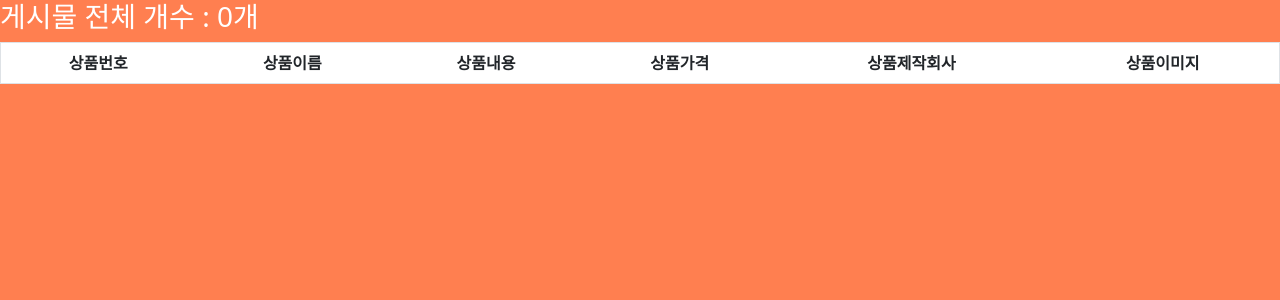
Repository: Hugh-KR/JSP_Project
Page: http://localhost/JSP_Project/product_all.jsp
An editor plug-in stored every save of this project. The page is shown before and after the next save, followed by the edit.
The browser window is 1280 px wide. The pictures show the whole page.
The page is served by Tomcat 9. Other server files are loaded and not shown. Queries for data that is not in the repository find no rows.

Above is the page before, as saved 2022-11-08 07:22:08.

### JSP_Project/src/main/webapp/product_all.jsp
<%@page import="db_connect.ProductVO"%>
<%@page import="java.util.ArrayList"%>
<%@page import="db_connect.ProductDAO"%>
<%@ page language="java" contentType="text/html; charset=UTF-8"
	pageEncoding="UTF-8"%>

<%
ProductDAO dao = new ProductDAO();
ArrayList<ProductVO> list = dao.list();
%>
<!DOCTYPE html>
<html>
<head>
<title>Insert title here</title>
<meta charset="UTF-8">
 <meta name="viewport" content="width=device-width, initial-scale=1">
  <link href="https://cdn.jsdelivr.net/npm/bootstrap@5.2.2/dist/css/bootstrap.min.css"
  rel="stylesheet">
  <script src="https://cdn.jsdelivr.net/npm/bootstrap@5.2.2/dist/js/bootstrap.bundle.min.js"></script>

<style type="text/css">
body {background-color: coral;}
table{background-color: white;}
h3{color: white;}
tr{
text-align: center;
}
tr:nth-child(even){
background-color: #f2f2f2
}
</style>
</head>
<body>
	<h3>
		게시물 전체 개수 :
		<%=list.size()%>개
	</h3>

	<table class="table table-hover" border="1">
		<tr>
			<th style = background-color: blue;>상품번호</th>
			<th>상품이름</th>
			<th>상품내용</th>
			<th>상품가격</th>
			<th>상품제작회사</th>
			<th>상품이미지</th>
		</tr>
		<%
		for (ProductVO bag : list) {
		%>
		<tr>
			<td><%=bag.getID()%></td>
			<td><%=bag.getNAME()%></td>
			<td><%=bag.getCONTENT()%></td>
			<td><%=bag.getPRICE()%></td>
			<td><%=bag.getCOMPANY()%></td>
			<td><img src="img/<%=bag.getIMG()%>" width ="100" height="100"></td>
		</tr>
		<%
		} //for
		%>
	</table>

</body>
</html>

### JSP_Project/src/main/java/db_connect/ProductDAO.java
package db_connect;

import java.sql.Connection;
import java.sql.DriverManager;
import java.sql.PreparedStatement;
import java.sql.ResultSet;
import java.util.ArrayList;

import javax.swing.JOptionPane;

public class ProductDAO {

	public ArrayList<ProductVO> list() {

		// vo를 넣어줄 커다란 박스역할을 할 수 부품을 사용 예정
		// 가변길이인 경우 arraylist
		// MemberVO가 많이 들어간 arraylist박스를 하나 만들어줌.
		ArrayList<ProductVO> list = new ArrayList<>();

		// 1. 드라이버 설정- 드라이버(커넥터) 로딩
		try {
			Class.forName("com.mysql.cj.jdbc.Driver");
			// 특정한 위치에 있는 드라이버 파일을 램에 읽어들여 설정
			System.out.println("1. 드라이버 설정 성공.@@@@");

			// 2. db연결 mySQL: school, oracle: xe
			String url = "jdbc:mysql://localhost:3306/mydb";
			String user = "abcd";
			String password = "12345678";
			Connection con = DriverManager.getConnection(url, user, password); // Connection
			System.out.println("2. db연결 성공.@@@@@@");

			// 3. sql문을 만든다.
			String sql = "select * from PRODUCT";
			PreparedStatement ps = con.prepareStatement(sql);

			System.out.println("3. sql문 생성 성공.@@@@@");

			// 4. sql문을 db서버에 보낸다. --> 결과가 어떻게 되었는지 자바프로그램 알려줌.
			ResultSet rs = ps.executeQuery(); // r의 결과는 table, cud는 숫자(실행된row수) //1
			// rs.next() true면 결과가 있음. false면 결과가 없음.
			// System.out.println("4. sql문 db서버로 전송 성공. @@@@@ 반영된 row수 >>" + rs.next());
			while (rs.next()) { // 결과값이 true이면!!
				System.out.println("검색결과가 있음.");
				// 있으면
				// 1. 한 행의 값들을 추출
				// 2. vo를 만들어준다.
				// 3. vo에 추출한 값들을 넣어준다.
				// 4. vo를 list에 넣어준다.
				String id = rs.getString(1); // 컬럼의 순서 1번 id값 추출
				String name = rs.getString(2);
				String content = rs.getString(3);
				int price = rs.getInt(4);
				String company = rs.getString(5);
				String img = rs.getString(6);

				// UI에서 사용자가 검색한 결과를 볼 수 있어야 한다.
				// 4개의 데이터를 UI에게 return!!해주자.
				// 1) 가방을 만들어서,
				ProductVO bag = new ProductVO();
				// 2) 데이터를 넣고,
				bag.setID(id);
				bag.setNAME(name);
				bag.setCONTENT(content);
				bag.setPRICE(price);
				bag.setCOMPANY(company);
				bag.setIMG(img);

				list.add(bag);
				// 3) return하자.(전달)
			} // while
			System.out.println("box(list)에 들어간 가방의 갯수>> " + list.size());
			// db처리와 관련된 메모리 할당된 것 해제시켜주자.
			ps.close();
			con.close();
			rs.close();
		} catch (Exception e) {
			e.printStackTrace();
		}
		// 메서드의 처리를 다 끝내고, 결과를 보내줘라는 개념. 맨 끝에 써야함.
		return list;
	} // list

	// 기능하나만 메서드 하나 구현(검색 1명 기능-row 1개)
	public int login(MemberVO bag) {
		// 전달된 값 제대로 전달되었는지 확인하는 습관이 좋음.
		System.out.println(bag);

		// 1. 드라이버 설정- 드라이버(커넥터) 로딩
		// db의 유형, 버전에 따라 매우 많음.
		// 필요할 때 다운로드 받아 써야 함.
		int result = 0; // 0인 경우, 실패라고 하자.!

		try {
			Class.forName("com.mysql.cj.jdbc.Driver");
			// 특정한 위치에 있는 드라이버 파일을 램에 읽어들여 설정
			System.out.println("1. 드라이버 설정 성공.@@@@");

			// 2. db연결 mySQL: school, oracle: xe
			String url = "jdbc:mysql://localhost:3306/mydb";
			String user = "abcd";
			String password = "12345678";
			Connection con = DriverManager.getConnection(url, user, password); // Connection
			System.out.println("2. db연결 성공.@@@@@@");

			// 3. sql문을 만든다.
			String sql = "select * from member where id = ? and pw = ?"; // 1, 2번 2개의 물음표 번호
			PreparedStatement ps = con.prepareStatement(sql);
			ps.setString(1, bag.getId()); // 1번 물음표에 id에 저장해놓은 값을 스트링으로 넣어줘!
			ps.setString(2, bag.getPw());
			System.out.println("3. sql문 생성 성공.@@@@@");

			// 4. sql문을 db서버에 보낸다. --> 결과가 어떻게 되었는지 자바프로그램 알려줌.
			ResultSet rs = ps.executeQuery(); // r의 결과는 table, cud는 숫자(실행된row수) //1
			// rs.next() true면 결과가 있음. false면 결과가 없음.
			// System.out.println("4. sql문 db서버로 전송 성공. @@@@@ 반영된 row수 >>" + rs.next());
			if (rs.next()) { // 결과값이 true이면!!
				System.out.println("검색결과가 있음.");
				result = 1;
				// 3) return하자.(전달)
			}
			// db처리와 관련된 메모리 할당된 것 해제시켜주자.
			ps.close();
			con.close();
			rs.close();
		} catch (Exception e) {
			e.printStackTrace();
		}
		// 메서드의 처리를 다 끝내고, 결과를 보내줘라는 개념. 맨 끝에 써야함.
		return result;
	} // login

	// 기능하나만 메서드 하나 구현(검색 1명 기능-row 1개)
	public MemberVO one(String id) {
		// 전달된 값 제대로 전달되었는지 확인하는 습관이 좋음.
		System.out.println(id);

		// 1. 드라이버 설정- 드라이버(커넥터) 로딩
		// db의 유형, 버전에 따라 매우 많음.
		// 필요할 때 다운로드 받아 써야 함.
		MemberVO bag = null; // 쓰레기값!!--> 변수 초기화시켜주어야함.!

		try {
			Class.forName("com.mysql.cj.jdbc.Driver");
			// 특정한 위치에 있는 드라이버 파일을 램에 읽어들여 설정
			System.out.println("1. 드라이버 설정 성공.@@@@");

			// 2. db연결 mySQL: school, oracle: xe
			String url = "jdbc:mysql://localhost:3306/mydb";
			String user = "abcd";
			String password = "12345678";
			Connection con = DriverManager.getConnection(url, user, password); // Connection
			System.out.println("2. db연결 성공.@@@@@@");

			// 3. sql문을 만든다.
			String sql = "select * from member where id = ?";
			PreparedStatement ps = con.prepareStatement(sql);
			ps.setString(1, id); // 1번 물음표에 id에 저장해놓은 값을 스트링으로 넣어줘!
			System.out.println("3. sql문 생성 성공.@@@@@");
			// String site = "http://www.naver.com";
			// Url url = new Url(site); //객체화!!

			// 4. sql문을 db서버에 보낸다. --> 결과가 어떻게 되었는지 자바프로그램 알려줌.
			ResultSet rs = ps.executeQuery(); // r의 결과는 table, cud는 숫자(실행된row수) //1
			// rs.next() true면 결과가 있음. false면 결과가 없음.
			// System.out.println("4. sql문 db서버로 전송 성공. @@@@@ 반영된 row수 >>" + rs.next());
			if (rs.next()) { // 결과값이 true이면!!
				System.out.println("검색결과가 있음.");
				String id2 = rs.getString(1); // 컬럼의 순서 1번 id값 추출
				String pw = rs.getString("pw");
				String name = rs.getString(3);
				String tel = rs.getString(4);
				System.out.println("검색한 결과>>" + id2 + " " + pw + " " + name + " " + tel);

				// UI에서 사용자가 검색한 결과를 볼 수 있어야 한다.
				// 4개의 데이터를 UI에게 return!!해주자.
				// 1) 가방을 만들어서,
				bag = new MemberVO();
				// 2) 데이터를 넣고,
				bag.setId(id2);
				bag.setPw(pw);
				bag.setName(name);
				bag.setTel(tel);

				// 3) return하자.(전달)
			}
			// db처리와 관련된 메모리 할당된 것 해제시켜주자.
			ps.close();
			con.close();
			rs.close();
		} catch (Exception e) {
			e.printStackTrace();
		}
		// 메서드의 처리를 다 끝내고, 결과를 보내줘라는 개념. 맨 끝에 써야함.
		return bag;
	} // one

	// 기능하나만 메서드 하나 구현(등록기능)
	public void insert(ProductVO bag) { // String id
		System.out.println(bag); // toString()호출, 가방에 들어있는 값들이 프린트
		// 자바에서 DBMS를 연결하려고 함.
		// JDBC 프로그래밍 절차
		// 4단계 절차
		// 1. 드라이버 설정- 드라이버(커넥터) 로딩
		// db의 유형, 버전에 따라 매우 많음.
		// 필요할 때 다운로드 받아 써야 함.
		try {
			Class.forName("com.mysql.cj.jdbc.Driver");
			// 특정한 위치에 있는 드라이버 파일을 램에 읽어들여 설정
			System.out.println("1. 드라이버 설정 성공.@@@@");

			// 2. db연결 mySQL: school, oracle: xe
			String url = "jdbc:mysql://localhost:3306/mydb";
			String user = "abcd";
			String password = "12345678";
			Connection con = DriverManager.getConnection(url, user, password); // Connection
			System.out.println("2. db연결 성공.@@@@@@");

			// 3. sql문을 만든다.
			String sql = "insert into PRODUCT values (?, ?, ?, ?, ?, ?)";
			// 준비된 문장(Preparedstatement)
			PreparedStatement ps = con.prepareStatement(sql);
			ps.setString(1, bag.getID() ); // 1번 물음표에 id에 저장해놓은 값을 스트링으로 넣어줘!
			ps.setString(2, bag.getNAME()); // 2번 물음표에 pw에 저장해놓은 값을 스트링으로 넣어줘!
			ps.setString(3, bag.getCONTENT()); // 3번 물음표에 name에 저장해놓은 값을 스트링으로 넣어줘!
			ps.setInt(4, bag.getPRICE()); // 4번 물음표에 tel에 저장해놓은 값을 스트링으로 넣어줘!
			ps.setString(5, bag.getCOMPANY()); // 4번 물음표에 tel에 저장해놓은 값을 스트링으로 넣어줘!
			ps.setString(6, bag.getIMG()); // 4번 물음표에 tel에 저장해놓은 값을 스트링으로 넣어줘!
			System.out.println("3. sql문 생성 성공.@@@@@");
			// String site = "http://www.naver.com";
			// Url url = new Url(site); //객체화!!

			// 4. sql문을 db서버에 보낸다. --> 결과가 어떻게 되었는지 자바프로그램 알려줌.
			String result2 = "실패";
			try {
				int result = ps.executeUpdate(); // r의 결과는 table, cud는 숫자(실행된row수) //1
				System.out.println("4. sql문 db서버로 전송 성공. @@@@@ 반영된 row수 >>" + result);
				if (result == 1) {
					result2 = "성공";
				}
			} catch (Exception e) {
				System.out.println("상품등록시 에러발생");
				e.printStackTrace(); //에러정보 프린트
			}
			JOptionPane.showMessageDialog(null, result2);  //컴파일 에러
			ps.close();
			con.close();
		} catch (Exception e) {
			e.printStackTrace();
		}
	} // insert

	// 기능하나만 메서드 하나 구현(탈퇴기능)
	public void delete(ProductVO bag) {
		// 자바에서 DBMS를 연결하려고 함.
		// JDBC 프로그래밍 절차
		// 4단계 절차
		// 1. 드라이버 설정- 드라이버(커넥터) 로딩
		// db의 유형, 버전에 따라 매우 많음.
		// 필요할 때 다운로드 받아 써야 함.
		try {
			Class.forName("com.mysql.cj.jdbc.Driver");
			// 특정한 위치에 있는 드라이버 파일을 램에 읽어들여 설정
			System.out.println("1. 드라이버 설정 성공.@@@@");

			// 2. db연결 mySQL: school, oracle: xe
			String url = "jdbc:mysql://localhost:3306/mydb";
			String user = "abcd";
			String password = "12345678";
			Connection con = DriverManager.getConnection(url, user, password); // Connection
			System.out.println("2. db연결 성공.@@@@@@");

			// 3. sql문을 만든다.
			String sql = "delete from PRODUCT where id = ?";
			// 준비된 문장(Preparedstatement)
			PreparedStatement ps = con.prepareStatement(sql);

			ps.setString(1, bag.getID()); // 1번 물음표에 id에 저장해놓은 값을 스트링으로 넣어줘!
			System.out.println("3. sql문 생성 성공.@@@@@");
			// String site = "http://www.naver.com";
			// Url url = new Url(site); //객체화!!

			// 4. sql문을 db서버에 보낸다. --> 결과가 어떻게 되었는지 자바프로그램 알려줌.
			int result = ps.executeUpdate(); // r의 결과는 table, cud는 숫자(실행된row수) //1
			System.out.println("4. sql문 db서버로 전송 성공. @@@@@ 반영된 row수 >>" + result);

			ps.close();
			con.close();
		} catch (Exception e) {
			e.printStackTrace();
		}

	} // delete

	public void update(ProductVO bag) {
		// 자바에서 DBMS를 연결하려고 함.
		// JDBC 프로그래밍 절차
		// 4단계 절차
		// 1. 드라이버 설정- 드라이버(커넥터) 로딩
		// db의 유형, 버전에 따라 매우 많음.
		// 필요할 때 다운로드 받아 써야 함.
		try {
			Class.forName("com.mysql.cj.jdbc.Driver");
			// 특정한 위치에 있는 드라이버 파일을 램에 읽어들여 설정
			System.out.println("1. 드라이버 설정 성공.@@@@");

			// 2. db연결 mySQL: school, oracle: xe
			String url = "jdbc:mysql://localhost:3306/mydb";
			String user = "abcd";
			String password = "12345678";
			Connection con = DriverManager.getConnection(url, user, password); // Connection
			System.out.println("2. db연결 성공.@@@@@@");

			// 3. sql문을 만든다.
			String sql = "UPDATE PRODUCT SET content=?  WHERE id=?";
			// 준비된 문장(Preparedstatement)
			PreparedStatement ps = con.prepareStatement(sql);

			ps.setString(1, bag.getCONTENT()); // 1번 물음표에 id에 저장해놓은 값을 스트링으로 넣어줘!
			ps.setString(2, bag.getID()); // 1번 물음표에 id에 저장해놓은 값을 스트링으로 넣어줘!
			System.out.println("3. sql문 생성 성공.@@@@@");
			// String site = "http://www.naver.com";
			// Url url = new Url(site); //객체화!!

			// 4. sql문을 db서버에 보낸다. --> 결과가 어떻게 되었는지 자바프로그램 알려줌.
			int result = ps.executeUpdate(); // r의 결과는 table, cud는 숫자(실행된row수) //1
			System.out.println("4. sql문 db서버로 전송 성공. @@@@@ 반영된 row수 >>" + result);

			ps.close();
			con.close();
		} catch (Exception e) {
			e.printStackTrace();
		}

	} // update

} // class

After the next save:
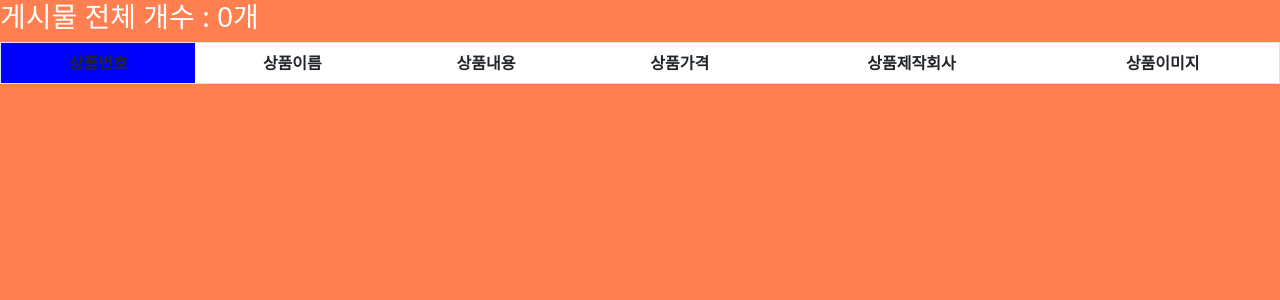
Saved 97 s later.
--- a/JSP_Project/src/main/webapp/product_all.jsp
+++ b/JSP_Project/src/main/webapp/product_all.jsp
@@ -38,7 +38,7 @@
 
 	<table class="table table-hover" border="1">
 		<tr>
-			<th style = background-color: blue;>상품번호</th>
+			<th style = "background-color: blue;">상품번호</th>
 			<th>상품이름</th>
 			<th>상품내용</th>
 			<th>상품가격</th>

After the save that followed:
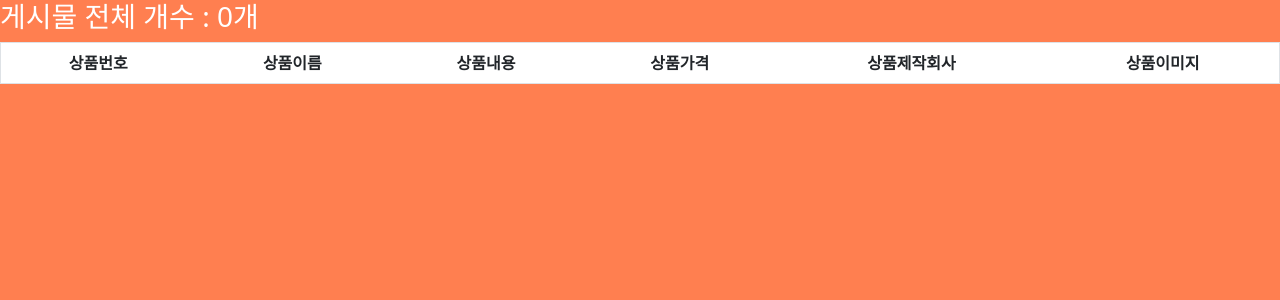
Saved 100 s later.
--- a/JSP_Project/src/main/webapp/product_all.jsp
+++ b/JSP_Project/src/main/webapp/product_all.jsp
@@ -19,6 +19,7 @@
   <script src="https://cdn.jsdelivr.net/npm/bootstrap@5.2.2/dist/js/bootstrap.bundle.min.js"></script>
 
 <style type="text/css">
+th{"background-color: blue;"}
 body {background-color: coral;}
 table{background-color: white;}
 h3{color: white;}
@@ -38,7 +39,7 @@
 
 	<table class="table table-hover" border="1">
 		<tr>
-			<th style = "background-color: blue;">상품번호</th>
+			<th>상품번호</th>
 			<th>상품이름</th>
 			<th>상품내용</th>
 			<th>상품가격</th>
